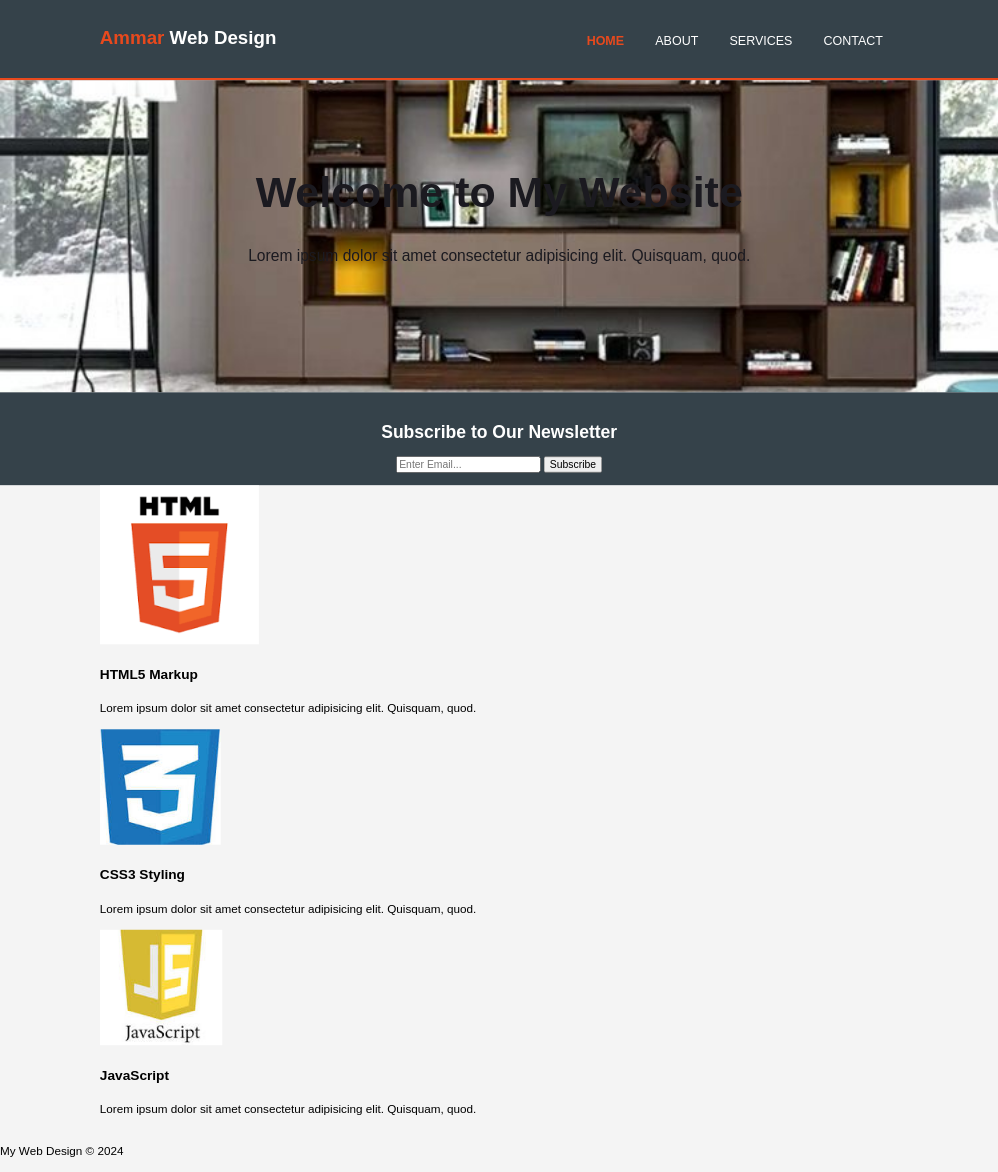
Repository: aobeid1979/html-website
Page: index.html
The author's editor kept a copy of each file at every save. The page is drawn from the files as they stood at one save, then again after a run of saves.
The browser window is 1280 px wide. The pictures show the whole page, at 78% of full size.

Above is the page before, as saved 2024-05-03 11:34:33.

### index.html
<!DOCTYPE html>
<html lang="en">
<head>
    <meta charset="UTF-8">
    <meta name="viewport" content="width=device-width, initial-scale=1.0">
    <meta name="description" content="Responsive Website using HTML CSS and JavaScript">
    <meta name="keywords" content="HTML, CSS, JavaScript">
    <meta name="author" content="Ammar Obeid">
    <title>Resopnsiv Website</title>
    <link rel="stylesheet" href="./css/style.css">
</head>
<body>
    <header>
        <div class="container">
            <div id="brandinig">
                <h1><span class="highlight">Ammar</span> Web Design</h1>

            </div>
            <nav>
                <ul>
                    <li class="current"><a href="index.html">Home</a></li>
                    <li><a href="about.html">About</a></li>
                    <li><a href="services.html">Services</a></li>
                    <li><a href="contact.html">Contact</a></li>
                </ul>
        </div>

    </header>

    <section id="showcase">
        <div class="container">
            <h1>Welcome to My Website</h1>
            <p>Lorem ipsum dolor sit amet consectetur adipisicing elit. Quisquam, quod.</p>
        </div>
    </section>

    <section id="newsletter">
        <div class="container">
            <h1>Subscribe to Our Newsletter</h1>
            <form>
                <input type="email" placeholder="Enter Email...">
                <button type="submit" class="button_1">Subscribe</button>
            </form>
        </div>
    </section>

    <section id="boxes">
        <div class="container">
            <div class="box">
                <img src="./img/HTML.png" alt="HTML">
                <h3>HTML5 Markup</h3>
                <p>Lorem ipsum dolor sit amet consectetur adipisicing elit. Quisquam, quod.</p>
            </div>
            <div class="box">
                <img src="./img/CSS.png" alt="CSS">
                <h3>CSS3 Styling</h3>
                <p>Lorem ipsum dolor sit amet consectetur adipisicing elit. Quisquam, quod.</p>
            </div>
            <div class="box">
                <img src="./img/JS.png" alt="JavaScript">
                <h3>JavaScript</h3>
                <p>Lorem ipsum dolor sit amet consectetur adipisicing elit. Quisquam, quod.</p>
            </div>
        </div>
    </section>

    <footer>
        <p>My Web Design &copy; 2024</p>
    </footer>

</body>
</html>

### css/style.css
body{
    font: 15px/1.6 Arial, Helvetica,sans-serif;
    padding: 0;
    margin: 0;
    background-color: #f4f4f4;
}

.container{
    width: 80%;
    margin: auto;
    overflow: hidden;
}

header{
    background: #35424a;
    color: #ffffff;
    padding-top: 30px;
    min-height: 70px;
    border-bottom: #e8491d 3px solid;
}

header h1{
    margin: 0;
    padding: 0;
    font-size: 24px;
    font-weight: bold;
}

header a{
    color: #ffffff;
    text-decoration: none;
    text-transform: uppercase;
    font-size: 16px;
}

header ul{
    margin: 0;
    padding: 0;
}

header li{
    float: left;
    display: inline;
    padding: 0 20px 0 20px;
}

header #brandinig{
    float: left;
}

header #brandinig h1{
    margin: 0;
}

header nav{
    float: right;
    margin-top: 10px;
}

header .highlight, header .current a {
    color: #e8491d;
    font-weight: bold;
}

header a:hover{
    color: #cccccc;
    font-weight: bold;
}

#showcase{
    background:url('../img/showcase.jpg') no-repeat center center;
    background-position: center -400;
    background-size: cover;
    min-height: 400px;
    text-align: center;
    color: #1b1a20;
}

#showcase h1{
    margin-top: 100px;
    font-size: 55px;
    margin-bottom: 10px;
}

#showcase p{
    font-size: 20px;
}

#newsletter{
    padding: 15px;
    color: #ffffff;
    background: #35424a;
    text-align: center;
}

#newsletter h1{
    margin-bottom: 10px;
}

After the next 8 saves:
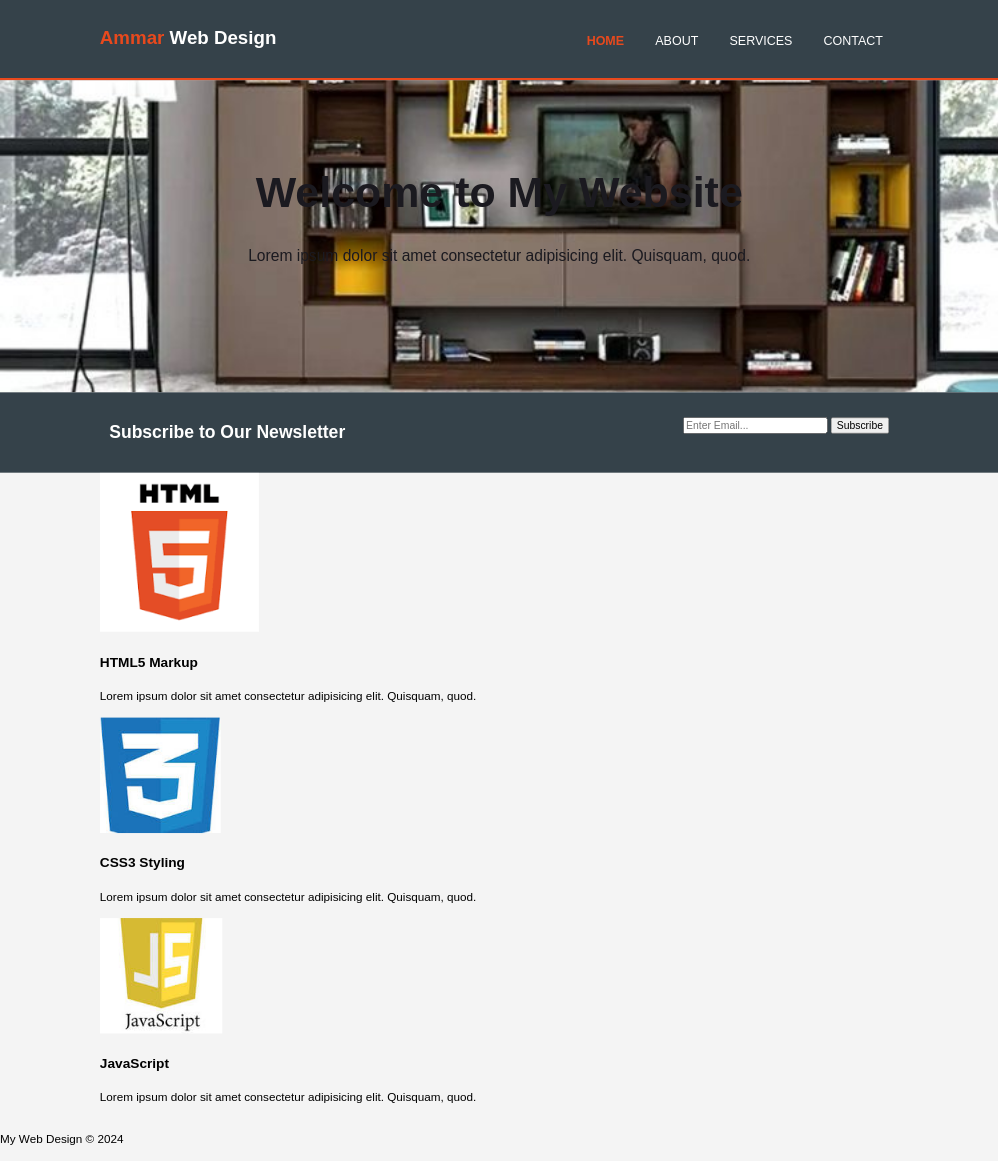
The 8 saves are shown as one change because they came seconds apart.
The last was saved 19 s later.
--- a/css/style.css
+++ b/css/style.css
@@ -94,5 +94,10 @@
 }
 
 #newsletter h1{
-    margin-bottom: 10px;
+    float: left;
 }
+
+#newsletter form{
+    float: right;
+    margin-top: 15px;
+}
